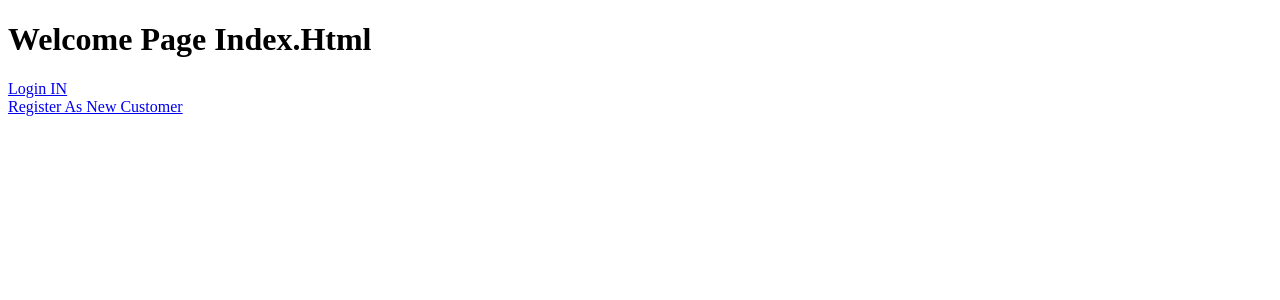
Repository: devgpta19/CDAC-Assignments
Page: Adv.Java/Day6-8/ProductsAndUsersUsingJSPAndServlet/src/main/webapp/index.html
An editor plug-in stored every save of this project. The page is shown before and after the next save, followed by the edit.
The browser window is 1280 px wide. The pictures show the whole page.

Above is the page before, as saved 2025-11-26 04:32:04.

### Adv.Java/Day6-8/ProductsAndUsersUsingJSPAndServlet/src/main/webapp/index.html
<!DOCTYPE html>
<html>
<head>
<meta charset="ISO-8859-1">
<title>Insert title here</title>
</head>
<body>
	<h1>Welcome Page Index.Html</h1>
	<a href="Login.html">Login IN</a><br>
	<a href="Register.html">Register As New Customer</a><br>
</body>
</html>

After the next save:
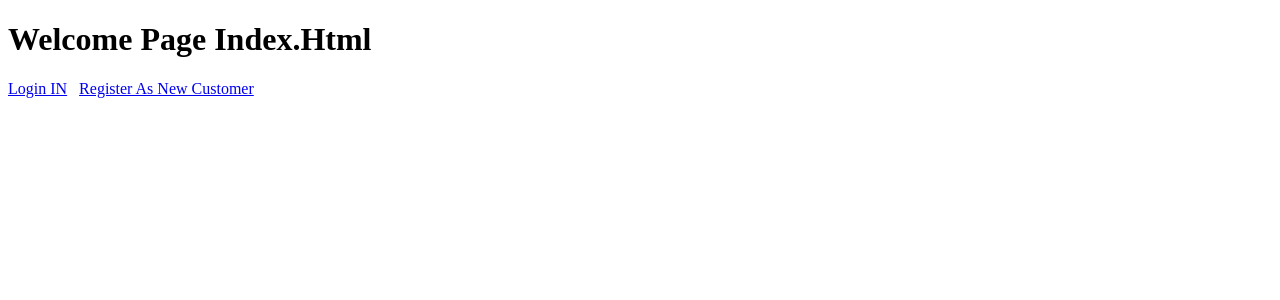
Saved 11 s later.
--- a/Adv.Java/Day6-8/ProductsAndUsersUsingJSPAndServlet/src/main/webapp/index.html
+++ b/Adv.Java/Day6-8/ProductsAndUsersUsingJSPAndServlet/src/main/webapp/index.html
@@ -6,7 +6,6 @@
 </head>
 <body>
 	<h1>Welcome Page Index.Html</h1>
-	<a href="Login.html">Login IN</a><br>
-	<a href="Register.html">Register As New Customer</a><br>
+	<a href="Login.html">Login IN</a> &nbsp; <a href="Register.html">Register As New Customer</a><br>
 </body>
 </html>
